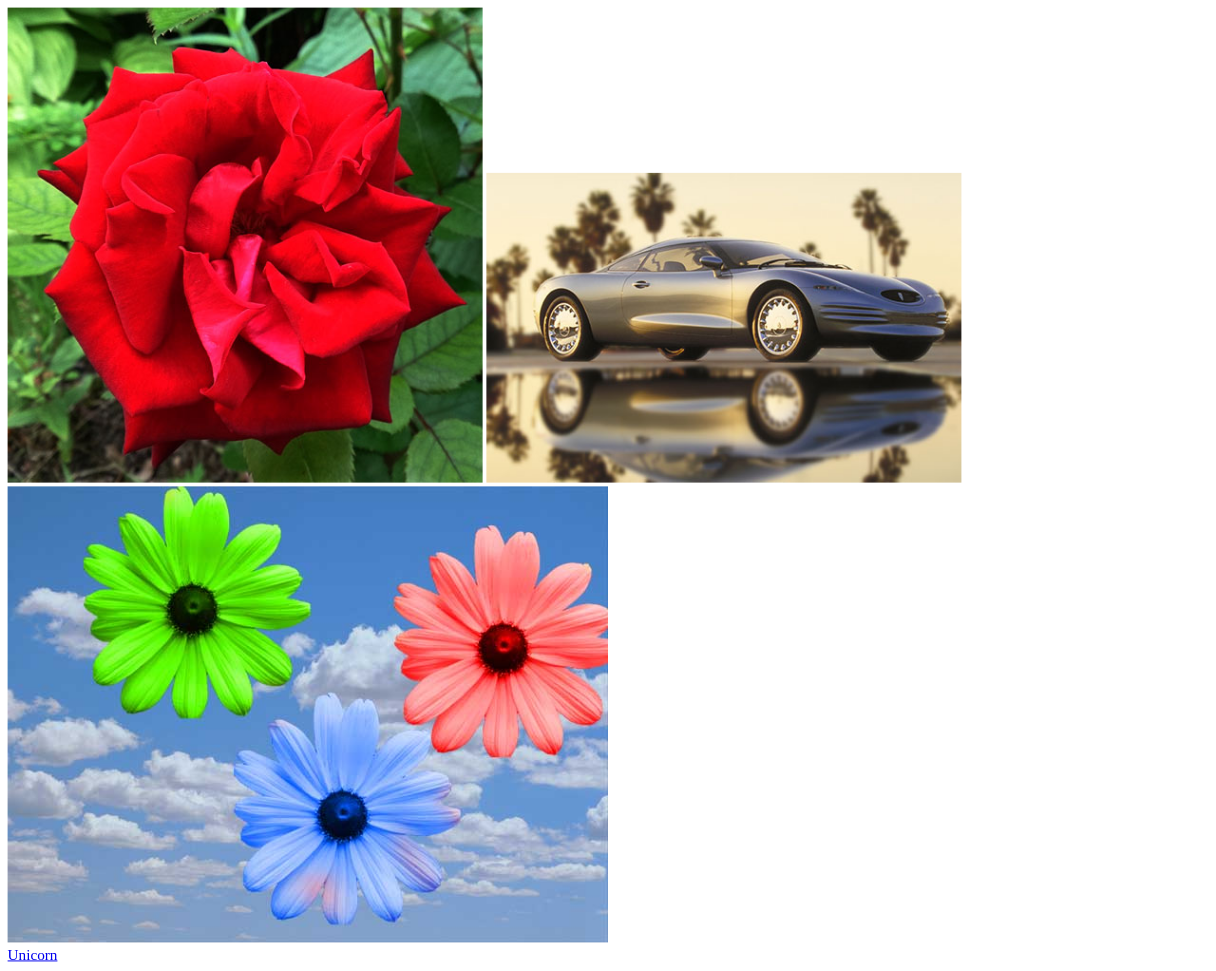
Repository: ViggoSkj/VGY
Page: ovningar/photoshopovning/photoshopovning.html
An editor plug-in stored every save of this project. The page is shown before and after the next save, followed by the edit.
The browser window is 1280 px wide. The pictures show the whole page, at 95% of full size.

Above is the page before, as saved 2022-11-27 12:02:24.

After the next save:
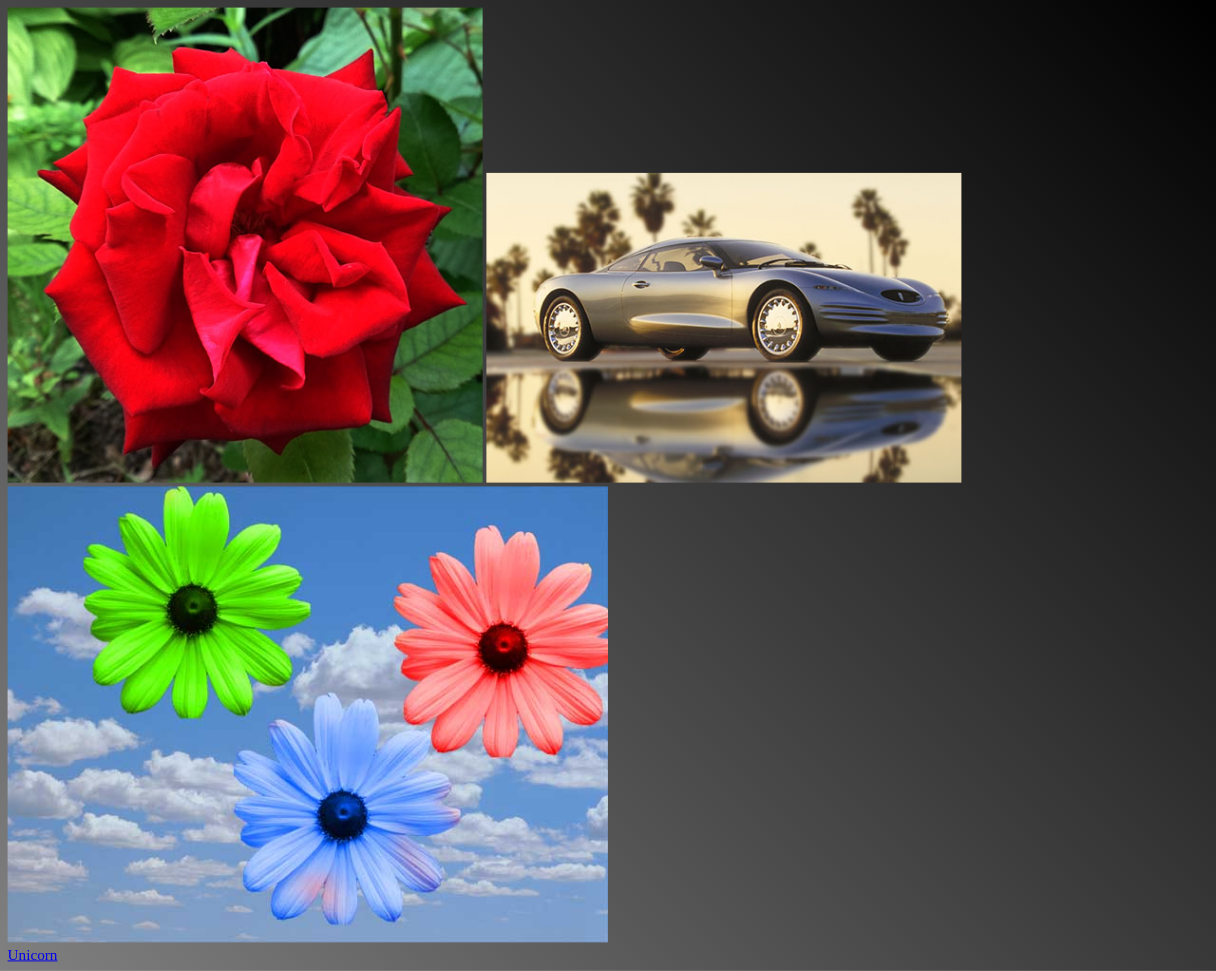
Saved 23 s later.
--- a/ovningar/photoshopovning/public/css/style.css
+++ b/ovningar/photoshopovning/public/css/style.css
@@ -1,3 +1,8 @@
+body
+{
+    background-image: linear-gradient(45deg, gray, black);
+}
+
 .container
 {
 
